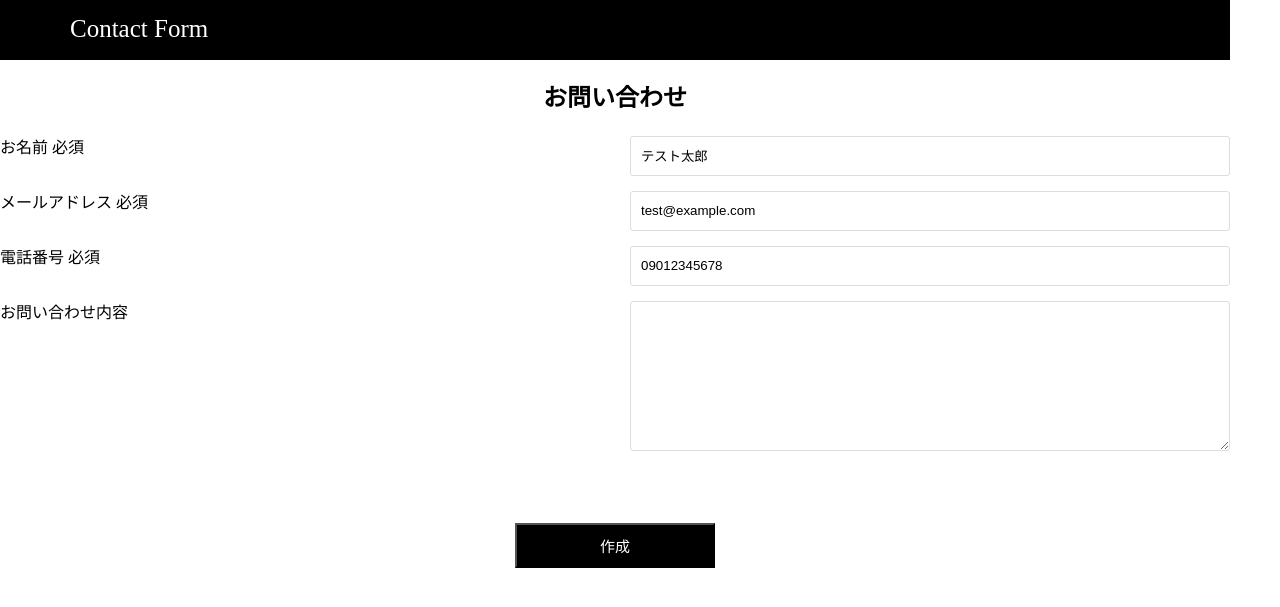
Repository: mayu-ya/my-contact-form
Page: http://localhost/
The author's editor kept a copy of each file at every save. The page is drawn from the files as they stood at one save, then again after the next save.
The browser window is 1280 px wide. The pictures show the whole page.
The page is served by the project's Laravel application, run on PHP 8.4 with Laravel 8.

Above is the page before, as saved 2026-01-01 22:16:48.

After the next save:
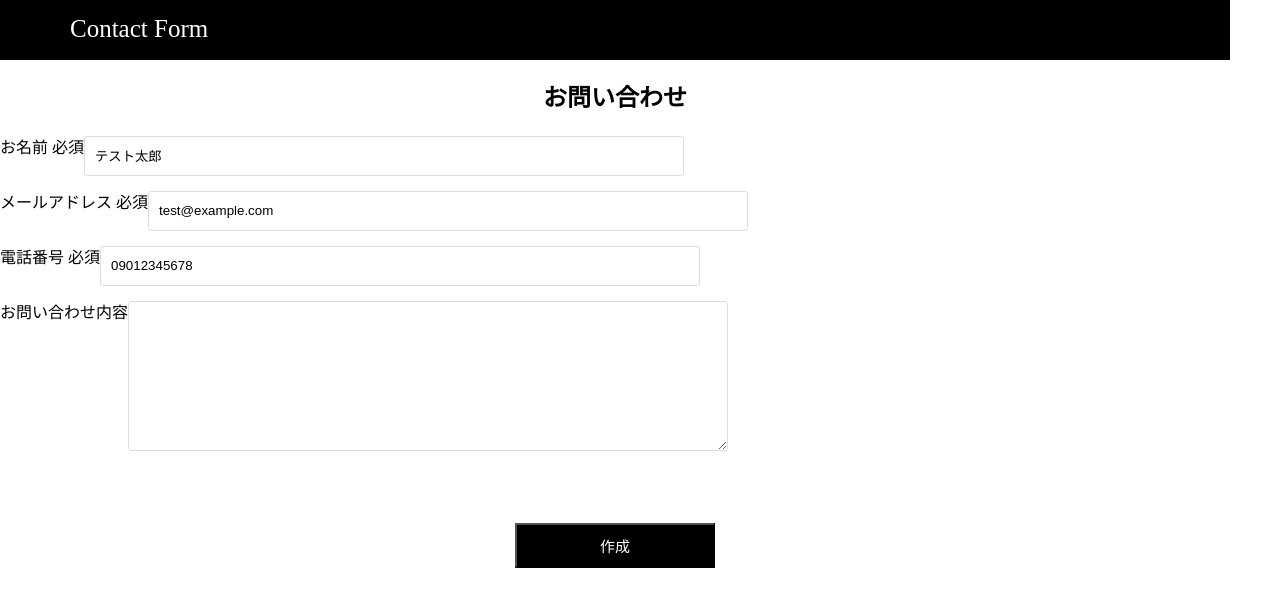
Saved 77 s later.
--- a/src/public/css/index.css
+++ b/src/public/css/index.css
@@ -13,7 +13,7 @@
 
 .form-content {
     display: flex;
-    justify-content: space-between;
+    text-align: center;
     margin-bottom: 15px;
 }
 

After the save that followed:
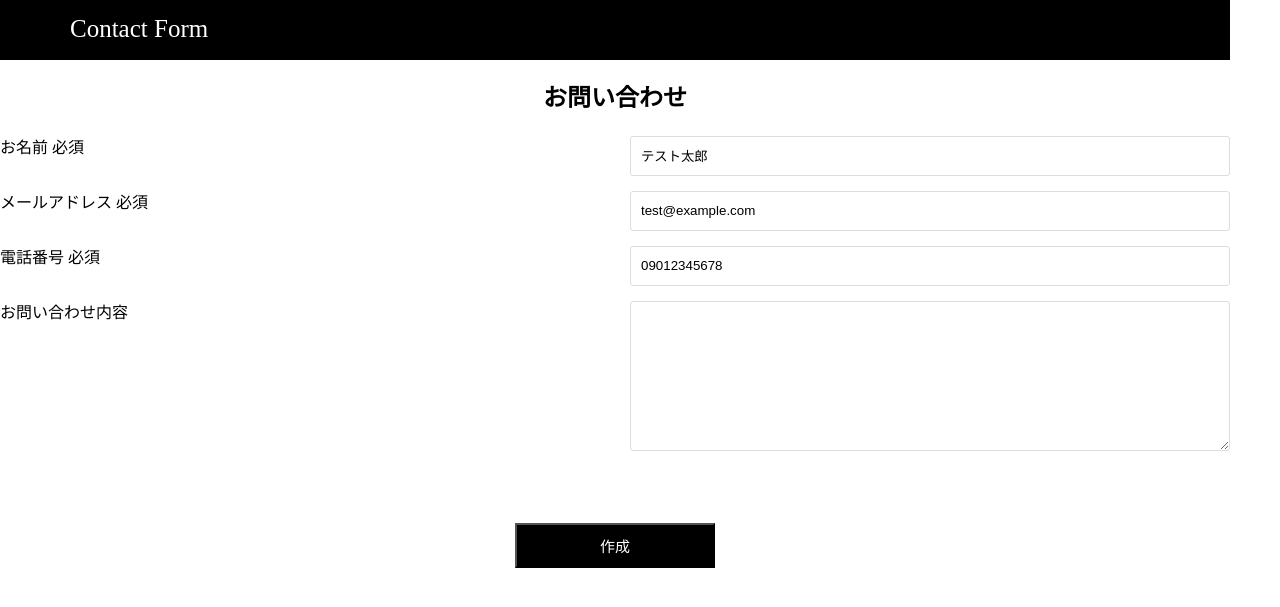
Saved 44 s later.
--- a/src/public/css/index.css
+++ b/src/public/css/index.css
@@ -13,7 +13,7 @@
 
 .form-content {
     display: flex;
-    text-align: center;
+    justify-content: space-between;
     margin-bottom: 15px;
 }
 
